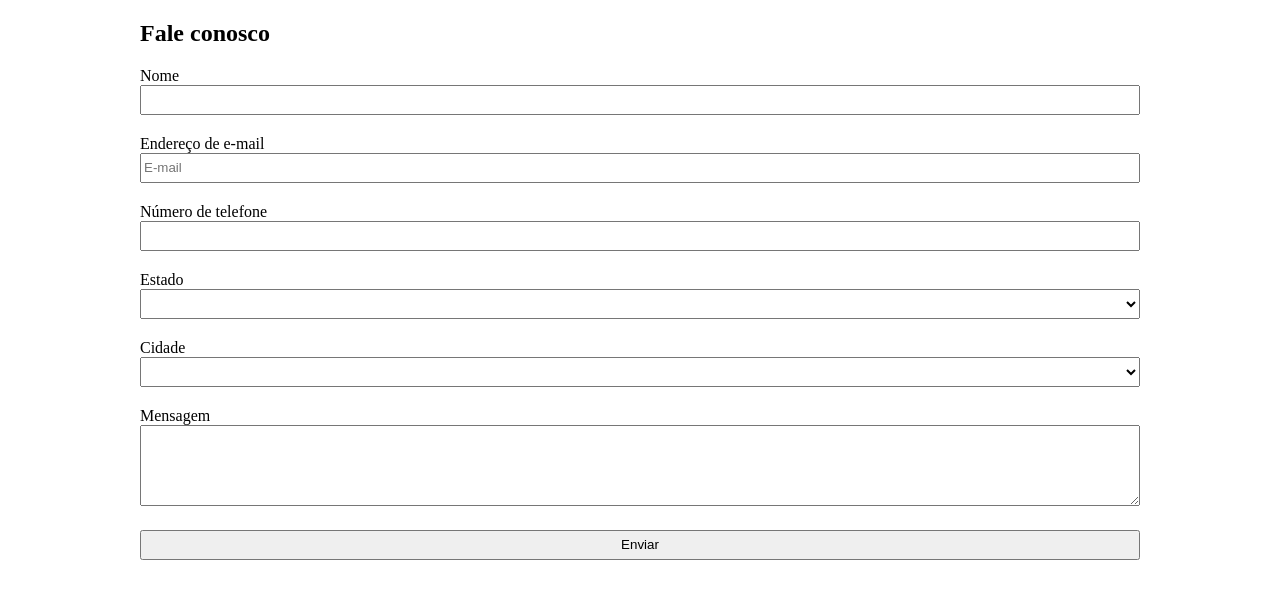
Repository: Iluiscarlos/Projeto-Site-PetShop
Page: Contacts.html
The author's editor kept a copy of each file at every save. The page is drawn from the files as they stood at one save, then again after a run of saves.
The browser window is 1280 px wide. The pictures show the whole page.
Some web libraries are served in a nearby version.

Above is the page before, as saved 2022-04-26 22:44:13.

After the next 2 saves:
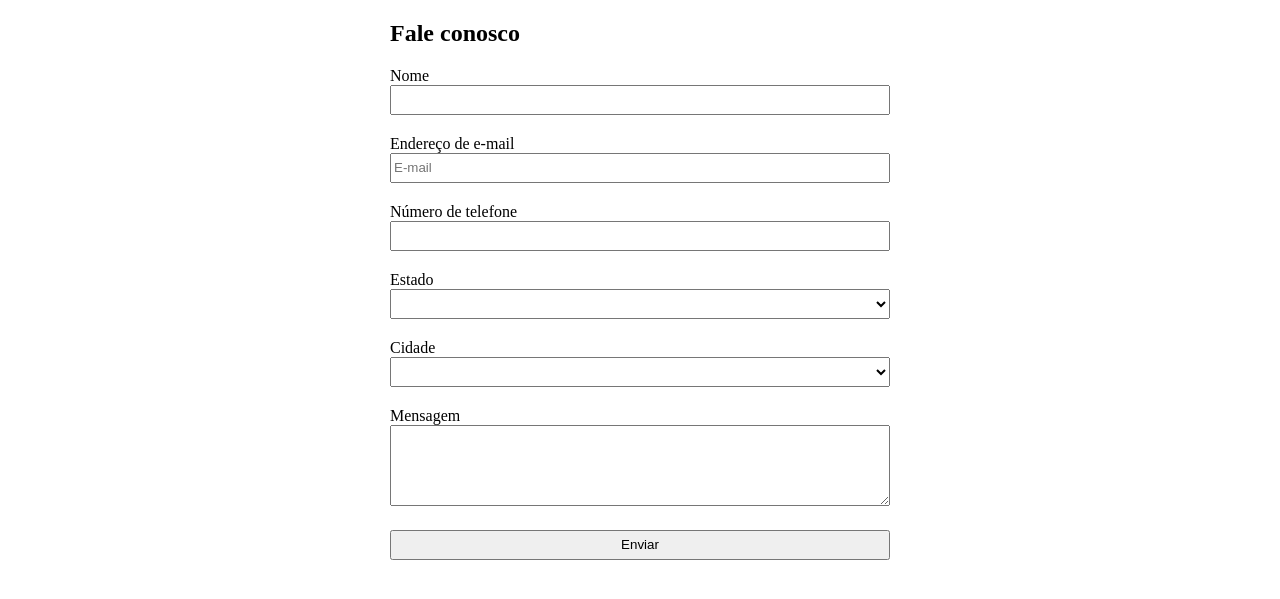
The 2 saves are shown as one change because they came seconds apart.
The last was saved 28 s later.
--- a/Contacts.html
+++ b/Contacts.html
@@ -78,7 +78,7 @@
     }
 
     .container {
-      width: 1000px;
+      width: 500px;
       max-width: 100%;
       margin-left: auto;
       margin-right: auto;
